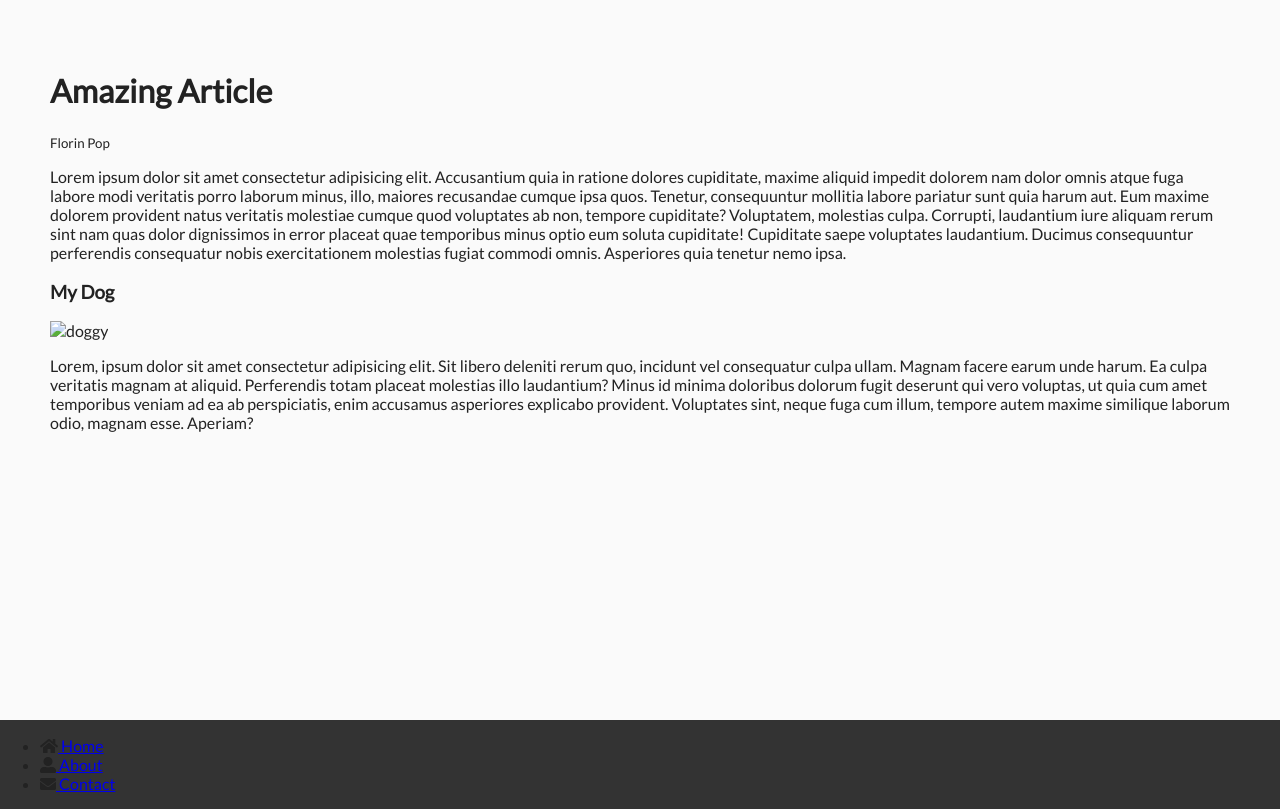
Repository: thecoachanna/rotating-navbar
Page: index.html
These files come from the project's save history. The page is drawn as it stood at one moment and after a run of saves; the edit follows.
The browser window is 1280 px wide. The pictures show the whole page.
Some web libraries are served in a nearby version.

Above is the page before, as saved 2023-02-16 09:04:07.

### index.html
<!DOCTYPE html>
<html lang="en">
<head>
    <meta charset="UTF-8">
    <meta http-equiv="X-UA-Compatible" content="IE=edge">
    <meta name="viewport" content="width=device-width, initial-scale=1.0">
    <link rel="stylesheet" href="https://cdnjs.cloudflare.com/ajax/libs/font-awesome/5.14.0/css/all.min.css" integrity="sha512-1PKOgIY59xJ8Co8+NE6FZ+LOAZKjy+KY8iq0G4B3CyeY6wYHN3yt9PW0XpSriVlkMXe40PTKnXrLnZ9+fkDaog==" crossorigin="anonymous" />
    <link rel="stylesheet" href="style.css" />
    <title>Rotating Navigation</title>
    <link rel="stylesheet" href="style.css">
    <title>Rotating Navigation</title>
</head>
<body>
    <div class="container">
        <div class="circle-container">
            <div class="circle">
                <button id="close">
                    <i class="fas fa-times"></i>
                </button>
                <button id="open">
                    <i class="fas fa-times"></i>
                </button>
            </div>
        </div>

        <div class="content">
        <h1>Amazing Article</h1>
        <small>Florin Pop</small>
        <p>Lorem ipsum dolor sit amet consectetur adipisicing elit. Accusantium quia in ratione dolores cupiditate, maxime aliquid impedit dolorem nam dolor omnis atque fuga labore modi veritatis porro laborum minus, illo, maiores recusandae cumque ipsa quos. Tenetur, consequuntur mollitia labore pariatur sunt quia harum aut. Eum maxime dolorem provident natus veritatis molestiae cumque quod voluptates ab non, tempore cupiditate? Voluptatem, molestias culpa. Corrupti, laudantium iure aliquam rerum sint nam quas dolor dignissimos in error placeat quae temporibus minus optio eum soluta cupiditate! Cupiditate saepe voluptates laudantium. Ducimus consequuntur perferendis consequatur nobis exercitationem molestias fugiat commodi omnis. Asperiores quia tenetur nemo ipsa.</p>

        <h3>My Dog</h3>
        <img src="" alt="doggy" />
        <p>Lorem, ipsum dolor sit amet consectetur adipisicing elit. Sit libero deleniti rerum quo, incidunt vel consequatur culpa ullam. Magnam facere earum unde harum. Ea culpa veritatis magnam at aliquid. Perferendis totam placeat molestias illo laudantium? Minus id minima doloribus dolorum fugit deserunt qui vero voluptas, ut quia cum amet temporibus veniam ad ea ab perspiciatis, enim accusamus asperiores explicabo provident. Voluptates sint, neque fuga cum illum, tempore autem maxime similique laborum odio, magnam esse. Aperiam?</p>
      </div>
    </div>

    <nav>
      <ul>
        <li><i class="fas fa-home"></i><a href="#"> Home</a></li>
        <li><i class="fas fa-user-alt"></i><a href="#"> About</a></li>
        <li><i class="fas fa-envelope"></i><a href="#"> Contact</a></li>
      </ul>
    </nav>
    <script src="script.js"></script>
</body>
</html>

### style.css
@import url('https://fonts.googleapis.com/css2?family=Lato&display=swap');


* {
    box-sizing: border-box;
}

body {
    font-family: 'Lato', sans-serif;
    background-color: #333;
    color: #222;
    overflow-x: hidden;
    margin: 0;
}

.container {
    background-color: #fafafa;
    transform-origin: top left;
    transition: transform 0.5s linear;
    width: 100vw;
    min-height: 100vh;
    padding: 50px;
}

.container.show-nav {
    transform: rotate(-20deg);
}

.circle-container {
    position:fixed;
    top: -100px;
    left: -100px;

}

.circle {
    background-color: #ff7979;

}

Loaded but not shown: script.js (no copy from this time; the picture is the same without it)

After the next 8 saves:
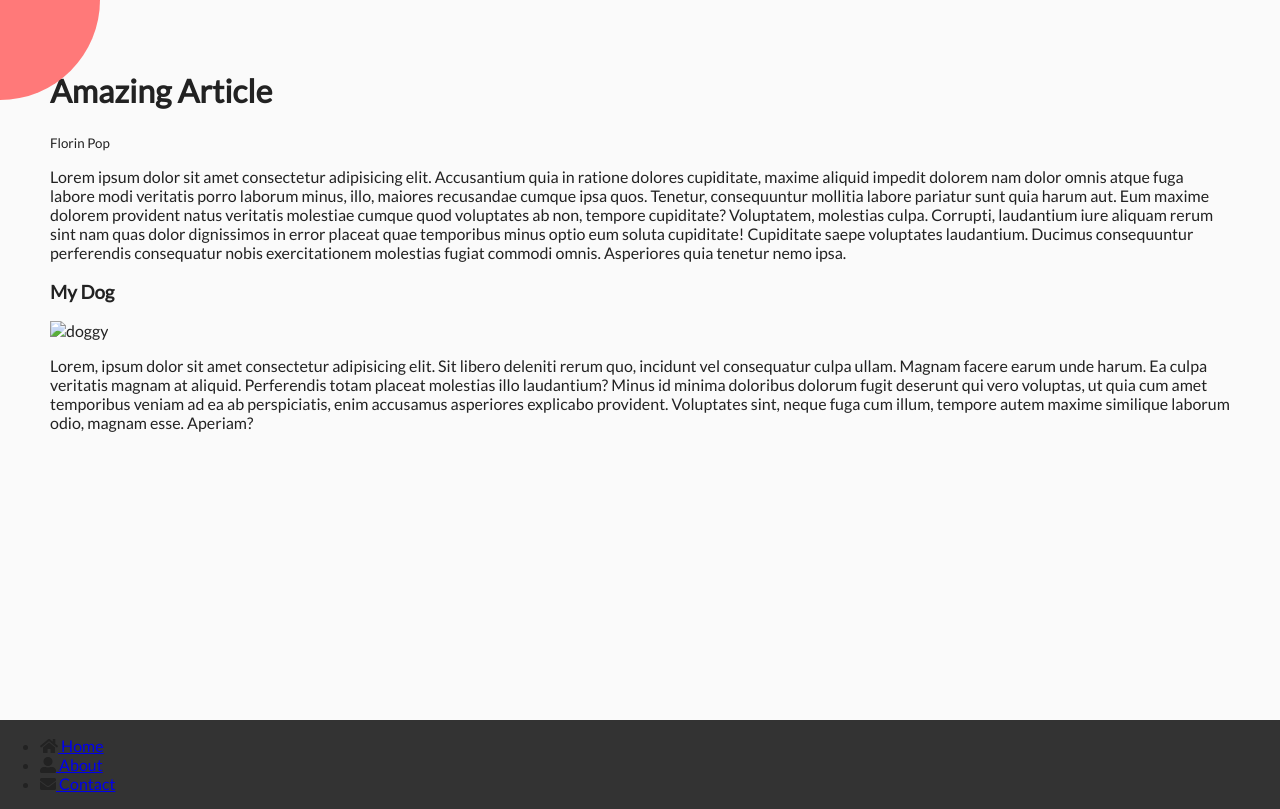
The 8 saves are shown as one change because they came seconds apart.
The last was saved 21 s later.
--- a/style.css
+++ b/style.css
@@ -35,5 +35,8 @@ body {
 
 .circle {
     background-color: #ff7979;
+    height: 200px;
+    width: 200px;
+    border-radius: 50%;
 
 }
